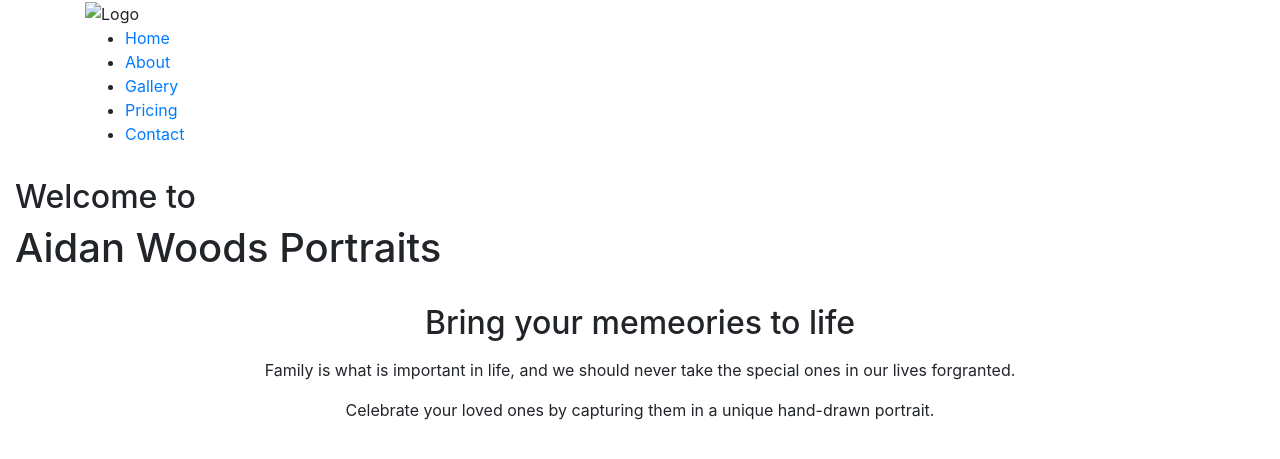
Repository: woodsyboi/Milestone_project_No.1
Page: index.html
The author's editor kept a record of every edit. The page is drawn from the files as they stood at one moment, then again after the next edit.
The browser window is 1280 px wide. The pictures show the whole page.

Above is the page before.
Not found: ..assets/images/Logo.png

After the next edit:
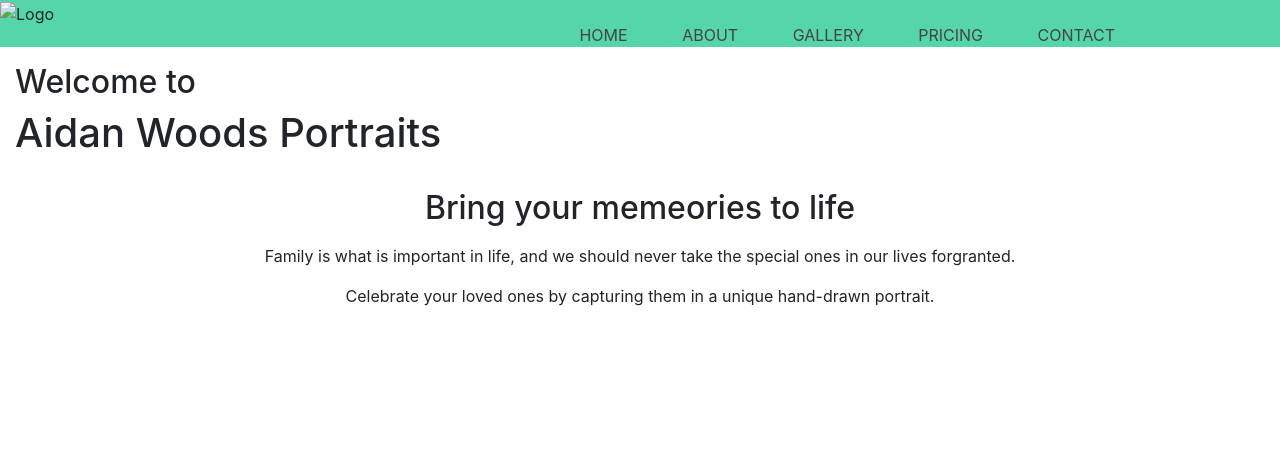
The edit:
--- a/index.html
+++ b/index.html
@@ -13,7 +13,7 @@
     <link rel="stylesheet" href="https://stackpath.bootstrapcdn.com/font-awesome/4.7.0/css/font-awesome.min.css" type="text/css" />
     <link rel="stylesheet" href="https://cdnjs.cloudflare.com/ajax/libs/hover.css/2.3.1/css/hover-min.css
 " type="text/css" />
-    <link rel="stylesheet" href="assets/css/style.css" type="text/css" />
+    <link rel="stylesheet" href="css/style.css" type="text/css" />
 
     <title>Home | Aidan Woods Portraits</title>
 
